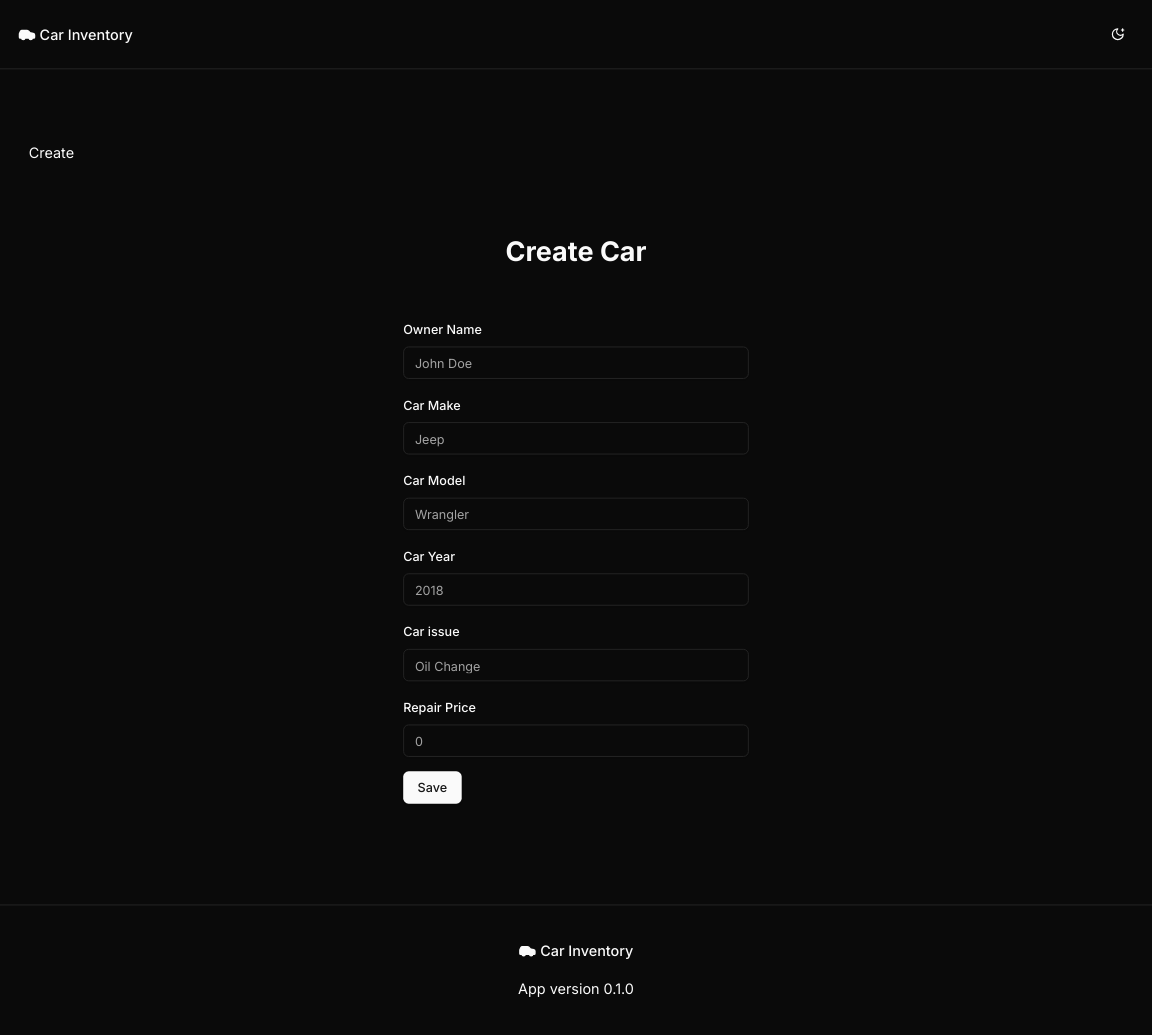
Repository: tushcmd/car-inventory
Page: /create (app in frontend/)
These files come from the project's save history. The page is drawn as it stood at one moment and after the next save; the edit follows.
The browser window is 1280 px wide. The pictures show the whole page, at 90% of full size.
The project was rebuilt for these pictures with package versions that can differ from the ones it lists, and the page was loaded fresh each time. The framework's server and built-in components were replaced by stand-ins that run in the browser. Also part of the build but not shown: frontend/next.config.mjs.

Above is the page before, as saved 2024-05-15 03:53:13.

### frontend/app/layout.tsx
import type { Metadata } from "next";
import { Inter } from "next/font/google";
import "./globals.css";
import AppProviders from "@/components/providers/AppProviders";
import Navbar from '@/components/shared/Navbar';
import Footer from "@/components/shared/Footer";
import { Toaster } from "@/components/ui/toaster";

const inter = Inter({ subsets: ["latin"] });

export const metadata: Metadata = {
  title: "Car Garage Inventory",
  description: "Nextjs Shadcnui Nodejs Express and MongoDB CRUD",
};

export default function RootLayout({
  children,
}: Readonly<{
  children: React.ReactNode;
}>) {
  return (
    <html lang="en" suppressHydrationWarning>
      <body className={inter.className}>
        <AppProviders>
          <Navbar />
          {children}
          <Footer />
          <Toaster />
        </AppProviders>
      </body>
    </html>
  );
}

### frontend/app/create/page.tsx
import CreateCar from "@/components/create-car";


export default function Create() {
    return (
        <div className="page-container min-h-screen">
            <h2 className="pb-4">Create</h2>
            <CreateCar />
        </div>
    )
}

### frontend/app/globals.css
@tailwind base;
@tailwind components;
@tailwind utilities;

@layer base {
  :root {
    --background: 0 0% 100%;
    --foreground: 0 0% 3.9%;

    --card: 0 0% 100%;
    --card-foreground: 0 0% 3.9%;

    --popover: 0 0% 100%;
    --popover-foreground: 0 0% 3.9%;

    --primary: 0 0% 9%;
    --primary-foreground: 0 0% 98%;

    --secondary: 0 0% 96.1%;
    --secondary-foreground: 0 0% 9%;

    --muted: 0 0% 96.1%;
    --muted-foreground: 0 0% 45.1%;

    --accent: 0 0% 96.1%;
    --accent-foreground: 0 0% 9%;

    --destructive: 0 84.2% 60.2%;
    --destructive-foreground: 0 0% 98%;

    --border: 0 0% 89.8%;
    --input: 0 0% 89.8%;
    --ring: 0 0% 3.9%;

    --radius: 0.5rem;
  }

  .dark {
    --background: 0 0% 3.9%;
    --foreground: 0 0% 98%;

    --card: 0 0% 3.9%;
    --card-foreground: 0 0% 98%;

    --popover: 0 0% 3.9%;
    --popover-foreground: 0 0% 98%;

    --primary: 0 0% 98%;
    --primary-foreground: 0 0% 9%;

    --secondary: 0 0% 14.9%;
    --secondary-foreground: 0 0% 98%;

    --muted: 0 0% 14.9%;
    --muted-foreground: 0 0% 63.9%;

    --accent: 0 0% 14.9%;
    --accent-foreground: 0 0% 98%;

    --destructive: 0 62.8% 30.6%;
    --destructive-foreground: 0 0% 98%;

    --border: 0 0% 14.9%;
    --input: 0 0% 14.9%;
    --ring: 0 0% 83.1%;
  }
}

@layer base {
  * {
    @apply border-border;
  }
  body {
    @apply bg-background text-foreground;
  }
}


@layer components {

  /* FONT SIZES */
  .h1 {
		@apply text-5xl lg:text-6xl font-bold;
	}
	.h2 {
		@apply sm:text-3xl text-4xl font-bold;
	}
	.h3 {
		@apply text-2xl font-medium;
	}
	.h4 {
		@apply text-xl sm:text-lg font-normal;
	}

  /* LAYOUTS  */
	.layout-container {
		@apply container mx-auto px-5;
	}

	.page-container {
		@apply container py-20 flex flex-col gap-16 max-w-7xl;
	}
}

### frontend/components/providers/AppProviders.tsx
'use client';

import { ThemeProvider } from 'next-themes';
import { FC, ReactNode } from 'react';

interface AppProvidersProps {
  children: ReactNode;
}


const AppProviders: FC<AppProvidersProps> = ({ children }) => {
  return (
    <>
      <ThemeProvider attribute="class" disableTransitionOnChange defaultTheme="dark" enableSystem>
        {children}

      </ThemeProvider>
    </>
  );
};

export default AppProviders;

### frontend/components/shared/Navbar.tsx
import React, { FC } from 'react';
import ThemeSwitcherButton from '../ui/ThemeSwitcher';
import Logo from './Logo';

const Navbar: FC = () => {
  return (
    <nav className="border-b py-5">
      <div className="layout-container flex justify-between items-center max-w-7xl">
        <Logo />
        <ThemeSwitcherButton />
      </div>
    </nav>
  );
};

export default Navbar;

### frontend/components/shared/Footer.tsx
import React, { FC } from 'react'
import Logo from './Logo'

const Footer: FC = () => {
  return (
    <footer className='border-t'>
        <div className='layout-container flex flex-col gap-5 items-center  justify-center py-10'>
            <Logo />
            <p>App version 0.1.0</p>
        </div>

    </footer>
  )
}

export default Footer

### frontend/components/ui/toaster.tsx
"use client"

import {
  Toast,
  ToastClose,
  ToastDescription,
  ToastProvider,
  ToastTitle,
  ToastViewport,
} from "@/components/ui/toast"
import { useToast } from "@/components/ui/use-toast"

export function Toaster() {
  const { toasts } = useToast()

  return (
    <ToastProvider>
      {toasts.map(function ({ id, title, description, action, ...props }) {
        return (
          <Toast key={id} {...props}>
            <div className="grid gap-1">
              {title && <ToastTitle>{title}</ToastTitle>}
              {description && (
                <ToastDescription>{description}</ToastDescription>
              )}
            </div>
            {action}
            <ToastClose />
          </Toast>
        )
      })}
      <ToastViewport />
    </ToastProvider>
  )
}

### frontend/components/ui/ThemeSwitcher.tsx
"use client";

import { useTheme } from "next-themes";
import React, { FC, useEffect, useState } from "react";
import { SunIcon,  Laptop, MoonStarIcon } from "lucide-react";
import {
	DropdownMenu,
	DropdownMenuContent,
	DropdownMenuItem,
	DropdownMenuTrigger,
} from "./dropdown-menu";
import { Button } from "./button";

const themes = [
	{
		value: "light",
		label: "Light",
		icon: SunIcon,
	},
	{
		value: "dark",
		label: "Dark",
		icon: MoonStarIcon,
	},
	{
		value: "system",
		label: "System",
		icon: Laptop,
	},
];

const ThemeSwitcher: FC = () => {
  const [mounted, setMounted] = useState(false)
	const { theme, setTheme } = useTheme();
	const currentTheme = themes.find((t) => t.value === theme);
	const ThemeIcon = currentTheme?.icon

  useEffect(() => {
    setMounted(true)
  }, [])

	return mounted && (
		<div className="flex">
			<DropdownMenu  >
				<DropdownMenuTrigger asChild>
					<Button variant="ghost" size={"icon"}>{!!ThemeIcon && <ThemeIcon className="w-4 h-4"/>}</Button>
				</DropdownMenuTrigger>
				<DropdownMenuContent>
					{themes.map(({value, label}) => <DropdownMenuItem role="button" onClick={() => setTheme(value)} key={value}>{label}</DropdownMenuItem>)}
				</DropdownMenuContent>
			</DropdownMenu>
		</div>
	);
};

export default ThemeSwitcher;

### frontend/components/shared/Logo.tsx

import { Car } from "lucide-react";
import Link from "next/link";
import React, { FC } from "react";

const Logo: FC = () => {
	return (
		<Link href='/' className="flex items-center gap-1 component-focus rounded-md">
			<Car   className="w-5 h-5 fill-current" />
			<h1 className="inline-flex flex-col gap-0 leading-none font-medium">
				<p>Car Inventory</p>
			</h1>
		</Link>
	);
};

export default Logo;

### frontend/components/ui/toast.tsx
"use client"

import * as React from "react"
import { Cross2Icon } from "@radix-ui/react-icons"
import * as ToastPrimitives from "@radix-ui/react-toast"
import { cva, type VariantProps } from "class-variance-authority"

import { cn } from "@/lib/utils"

const ToastProvider = ToastPrimitives.Provider

const ToastViewport = React.forwardRef<
  React.ElementRef<typeof ToastPrimitives.Viewport>,
  React.ComponentPropsWithoutRef<typeof ToastPrimitives.Viewport>
>(({ className, ...props }, ref) => (
  <ToastPrimitives.Viewport
    ref={ref}
    className={cn(
      "fixed top-0 z-[100] flex max-h-screen w-full flex-col-reverse p-4 sm:bottom-0 sm:right-0 sm:top-auto sm:flex-col md:max-w-[420px]",
      className
    )}
    {...props}
  />
))
ToastViewport.displayName = ToastPrimitives.Viewport.displayName

const toastVariants = cva(
  "group pointer-events-auto relative flex w-full items-center justify-between space-x-2 overflow-hidden rounded-md border p-4 pr-6 shadow-lg transition-all data-[swipe=cancel]:translate-x-0 data-[swipe=end]:translate-x-[var(--radix-toast-swipe-end-x)] data-[swipe=move]:translate-x-[var(--radix-toast-swipe-move-x)] data-[swipe=move]:transition-none data-[state=open]:animate-in data-[state=closed]:animate-out data-[swipe=end]:animate-out data-[state=closed]:fade-out-80 data-[state=closed]:slide-out-to-right-full data-[state=open]:slide-in-from-top-full data-[state=open]:sm:slide-in-from-bottom-full",
  {
    variants: {
      variant: {
        default: "border bg-background text-foreground",
        destructive:
          "destructive group border-destructive bg-destructive text-destructive-foreground",
      },
    },
    defaultVariants: {
      variant: "default",
    },
  }
)

const Toast = React.forwardRef<
  React.ElementRef<typeof ToastPrimitives.Root>,
  React.ComponentPropsWithoutRef<typeof ToastPrimitives.Root> &
    VariantProps<typeof toastVariants>
>(({ className, variant, ...props }, ref) => {
  return (
    <ToastPrimitives.Root
      ref={ref}
      className={cn(toastVariants({ variant }), className)}
      {...props}
    />
  )
})
Toast.displayName = ToastPrimitives.Root.displayName

const ToastAction = React.forwardRef<
  React.ElementRef<typeof ToastPrimitives.Action>,
  React.ComponentPropsWithoutRef<typeof ToastPrimitives.Action>
>(({ className, ...props }, ref) => (
  <ToastPrimitives.Action
    ref={ref}
    className={cn(
      "inline-flex h-8 shrink-0 items-center justify-center rounded-md border bg-transparent px-3 text-sm font-medium transition-colors hover:bg-secondary focus:outline-none focus:ring-1 focus:ring-ring disabled:pointer-events-none disabled:opacity-50 group-[.destructive]:border-muted/40 group-[.destructive]:hover:border-destructive/30 group-[.destructive]:hover:bg-destructive group-[.destructive]:hover:text-destructive-foreground group-[.destructive]:focus:ring-destructive",
      className
    )}
    {...props}
  />
))
ToastAction.displayName = ToastPrimitives.Action.displayName

const ToastClose = React.forwardRef<
  React.ElementRef<typeof ToastPrimitives.Close>,
  React.ComponentPropsWithoutRef<typeof ToastPrimitives.Close>
>(({ className, ...props }, ref) => (
  <ToastPrimitives.Close
    ref={ref}
    className={cn(
      "absolute right-1 top-1 rounded-md p-1 text-foreground/50 opacity-0 transition-opacity hover:text-foreground focus:opacity-100 focus:outline-none focus:ring-1 group-hover:opacity-100 group-[.destructive]:text-red-300 group-[.destructive]:hover:text-red-50 group-[.destructive]:focus:ring-red-400 group-[.destructive]:focus:ring-offset-red-600",
      className
    )}
    toast-close=""
    {...props}
  >
    <Cross2Icon className="h-4 w-4" />
  </ToastPrimitives.Close>
))
ToastClose.displayName = ToastPrimitives.Close.displayName

const ToastTitle = React.forwardRef<
  React.ElementRef<typeof ToastPrimitives.Title>,
  React.ComponentPropsWithoutRef<typeof ToastPrimitives.Title>
>(({ className, ...props }, ref) => (
  <ToastPrimitives.Title
    ref={ref}
    className={cn("text-sm font-semibold [&+div]:text-xs", className)}
    {...props}
  />
))
ToastTitle.displayName = ToastPrimitives.Title.displayName

const ToastDescription = React.forwardRef<
  React.ElementRef<typeof ToastPrimitives.Description>,
  React.ComponentPropsWithoutRef<typeof ToastPrimitives.Description>
>(({ className, ...props }, ref) => (
  <ToastPrimitives.Description
    ref={ref}
    className={cn("text-sm opacity-90", className)}
    {...props}
  />
))
ToastDescription.displayName = ToastPrimitives.Description.displayName

type ToastProps = React.ComponentPropsWithoutRef<typeof Toast>

type ToastActionElement = React.ReactElement<typeof ToastAction>

export {
  type ToastProps,
  type ToastActionElement,
  ToastProvider,
  ToastViewport,
  Toast,
  ToastTitle,
  ToastDescription,
  ToastClose,
  ToastAction,
}

### frontend/components/ui/button.tsx
import * as React from "react"
import { Slot } from "@radix-ui/react-slot"
import { cva, type VariantProps } from "class-variance-authority"

import { cn } from "@/lib/utils"

const buttonVariants = cva(
  "inline-flex items-center justify-center whitespace-nowrap rounded-md text-sm font-medium transition-colors focus-visible:outline-none focus-visible:ring-1 focus-visible:ring-ring disabled:pointer-events-none disabled:opacity-50",
  {
    variants: {
      variant: {
        default:
          "bg-primary text-primary-foreground shadow hover:bg-primary/90",
        destructive:
          "bg-destructive text-destructive-foreground shadow-sm hover:bg-destructive/90",
        outline:
          "border border-input bg-background shadow-sm hover:bg-accent hover:text-accent-foreground",
        secondary:
          "bg-secondary text-secondary-foreground shadow-sm hover:bg-secondary/80",
        ghost: "hover:bg-accent hover:text-accent-foreground",
        link: "text-primary underline-offset-4 hover:underline",
      },
      size: {
        default: "h-9 px-4 py-2",
        sm: "h-8 rounded-md px-3 text-xs",
        lg: "h-10 rounded-md px-8",
        icon: "h-9 w-9",
      },
    },
    defaultVariants: {
      variant: "default",
      size: "default",
    },
  }
)

export interface ButtonProps
  extends React.ButtonHTMLAttributes<HTMLButtonElement>,
    VariantProps<typeof buttonVariants> {
  asChild?: boolean
}

const Button = React.forwardRef<HTMLButtonElement, ButtonProps>(
  ({ className, variant, size, asChild = false, ...props }, ref) => {
    const Comp = asChild ? Slot : "button"
    return (
      <Comp
        className={cn(buttonVariants({ variant, size, className }))}
        ref={ref}
        {...props}
      />
    )
  }
)
Button.displayName = "Button"

export { Button, buttonVariants }

### frontend/components/ui/form.tsx
import * as React from "react"
import * as LabelPrimitive from "@radix-ui/react-label"
import { Slot } from "@radix-ui/react-slot"
import {
  Controller,
  ControllerProps,
  FieldPath,
  FieldValues,
  FormProvider,
  useFormContext,
} from "react-hook-form"

import { cn } from "@/lib/utils"
import { Label } from "@/components/ui/label"

const Form = FormProvider

type FormFieldContextValue<
  TFieldValues extends FieldValues = FieldValues,
  TName extends FieldPath<TFieldValues> = FieldPath<TFieldValues>
> = {
  name: TName
}

const FormFieldContext = React.createContext<FormFieldContextValue>(
  {} as FormFieldContextValue
)

const FormField = <
  TFieldValues extends FieldValues = FieldValues,
  TName extends FieldPath<TFieldValues> = FieldPath<TFieldValues>
>({
  ...props
}: ControllerProps<TFieldValues, TName>) => {
  return (
    <FormFieldContext.Provider value={{ name: props.name }}>
      <Controller {...props} />
    </FormFieldContext.Provider>
  )
}

const useFormField = () => {
  const fieldContext = React.useContext(FormFieldContext)
  const itemContext = React.useContext(FormItemContext)
  const { getFieldState, formState } = useFormContext()

  const fieldState = getFieldState(fieldContext.name, formState)

  if (!fieldContext) {
    throw new Error("useFormField should be used within <FormField>")
  }

  const { id } = itemContext

  return {
    id,
    name: fieldContext.name,
    formItemId: `${id}-form-item`,
    formDescriptionId: `${id}-form-item-description`,
    formMessageId: `${id}-form-item-message`,
    ...fieldState,
  }
}

type FormItemContextValue = {
  id: string
}

const FormItemContext = React.createContext<FormItemContextValue>(
  {} as FormItemContextValue
)

const FormItem = React.forwardRef<
  HTMLDivElement,
  React.HTMLAttributes<HTMLDivElement>
>(({ className, ...props }, ref) => {
  const id = React.useId()

  return (
    <FormItemContext.Provider value={{ id }}>
      <div ref={ref} className={cn("space-y-2", className)} {...props} />
    </FormItemContext.Provider>
  )
})
FormItem.displayName = "FormItem"

const FormLabel = React.forwardRef<
  React.ElementRef<typeof LabelPrimitive.Root>,
  React.ComponentPropsWithoutRef<typeof LabelPrimitive.Root>
>(({ className, ...props }, ref) => {
  const { error, formItemId } = useFormField()

  return (
    <Label
      ref={ref}
      className={cn(error && "text-destructive", className)}
      htmlFor={formItemId}
      {...props}
    />
  )
})
FormLabel.displayName = "FormLabel"

const FormControl = React.forwardRef<
  React.ElementRef<typeof Slot>,
  React.ComponentPropsWithoutRef<typeof Slot>
>(({ ...props }, ref) => {
  const { error, formItemId, formDescriptionId, formMessageId } = useFormField()

  return (
    <Slot
      ref={ref}
      id={formItemId}
      aria-describedby={
        !error
          ? `${formDescriptionId}`
          : `${formDescriptionId} ${formMessageId}`
      }
      aria-invalid={!!error}
      {...props}
    />
  )
})
FormControl.displayName = "FormControl"

const FormDescription = React.forwardRef<
  HTMLParagraphElement,
  React.HTMLAttributes<HTMLParagraphElement>
>(({ className, ...props }, ref) => {
  const { formDescriptionId } = useFormField()

  return (
    <p
      ref={ref}
      id={formDescriptionId}
      className={cn("text-[0.8rem] text-muted-foreground", className)}
      {...props}
    />
  )
})
FormDescription.displayName = "FormDescription"

const FormMessage = React.forwardRef<
  HTMLParagraphElement,
  React.HTMLAttributes<HTMLParagraphElement>
>(({ className, children, ...props }, ref) => {
  const { error, formMessageId } = useFormField()
  const body = error ? String(error?.message) : children

  if (!body) {
    return null
  }

  return (
    <p
      ref={ref}
      id={formMessageId}
      className={cn("text-[0.8rem] font-medium text-destructive", className)}
      {...props}
    >
      {body}
    </p>
  )
})
FormMessage.displayName = "FormMessage"

export {
  useFormField,
  Form,
  FormItem,
  FormLabel,
  FormControl,
  FormDescription,
  FormMessage,
  FormField,
}

### frontend/components/ui/input.tsx
import * as React from "react"

import { cn } from "@/lib/utils"

export interface InputProps
  extends React.InputHTMLAttributes<HTMLInputElement> {}

const Input = React.forwardRef<HTMLInputElement, InputProps>(
  ({ className, type, ...props }, ref) => {
    return (
      <input
        type={type}
        className={cn(
          "flex h-9 w-full rounded-md border border-input bg-transparent px-3 py-1 text-sm shadow-sm transition-colors file:border-0 file:bg-transparent file:text-sm file:font-medium placeholder:text-muted-foreground focus-visible:outline-none focus-visible:ring-1 focus-visible:ring-ring disabled:cursor-not-allowed disabled:opacity-50",
          className
        )}
        ref={ref}
        {...props}
      />
    )
  }
)
Input.displayName = "Input"

export { Input }

### frontend/components/ui/label.tsx
"use client"

import * as React from "react"
import * as LabelPrimitive from "@radix-ui/react-label"
import { cva, type VariantProps } from "class-variance-authority"

import { cn } from "@/lib/utils"

const labelVariants = cva(
  "text-sm font-medium leading-none peer-disabled:cursor-not-allowed peer-disabled:opacity-70"
)

const Label = React.forwardRef<
  React.ElementRef<typeof LabelPrimitive.Root>,
  React.ComponentPropsWithoutRef<typeof LabelPrimitive.Root> &
    VariantProps<typeof labelVariants>
>(({ className, ...props }, ref) => (
  <LabelPrimitive.Root
    ref={ref}
    className={cn(labelVariants(), className)}
    {...props}
  />
))
Label.displayName = LabelPrimitive.Root.displayName

export { Label }

Loaded but not shown: frontend/components/ui/use-toast.ts (common file); frontend/lib/utils.ts (common file); frontend/tailwind.config.ts (common file); frontend/components/create-car.tsx (597 lines, source omitted); frontend/components/ui/dropdown-menu.tsx (205 lines, source omitted)

After the next save:
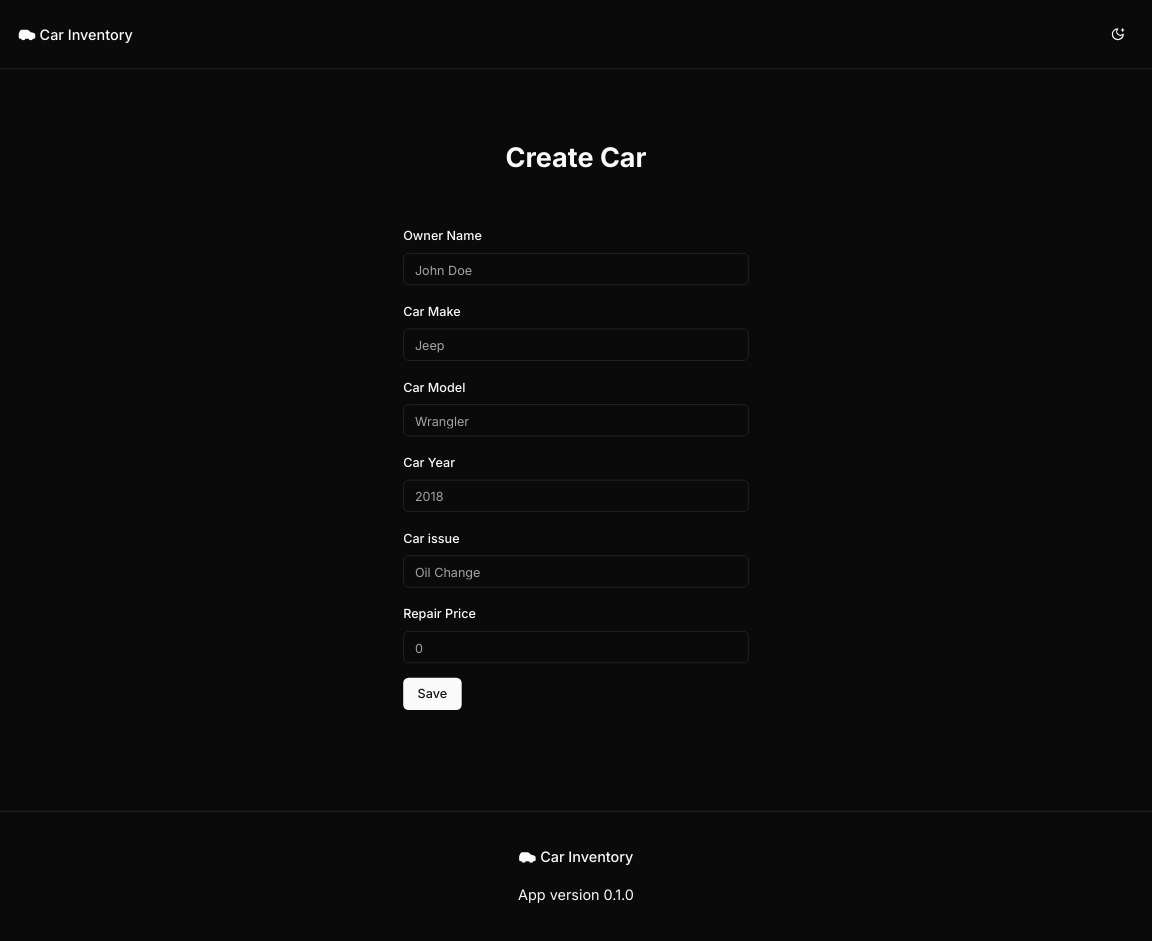
Saved 25 s later.
--- a/frontend/app/create/page.tsx
+++ b/frontend/app/create/page.tsx
@@ -4,7 +4,7 @@ import CreateCar from "@/components/create-car";
 export default function Create() {
     return (
         <div className="page-container min-h-screen">
-            <h2 className="pb-4">Create</h2>
+            {/*<h2 className="pb-4">Create</h2>*/}
             <CreateCar />
         </div>
     )
